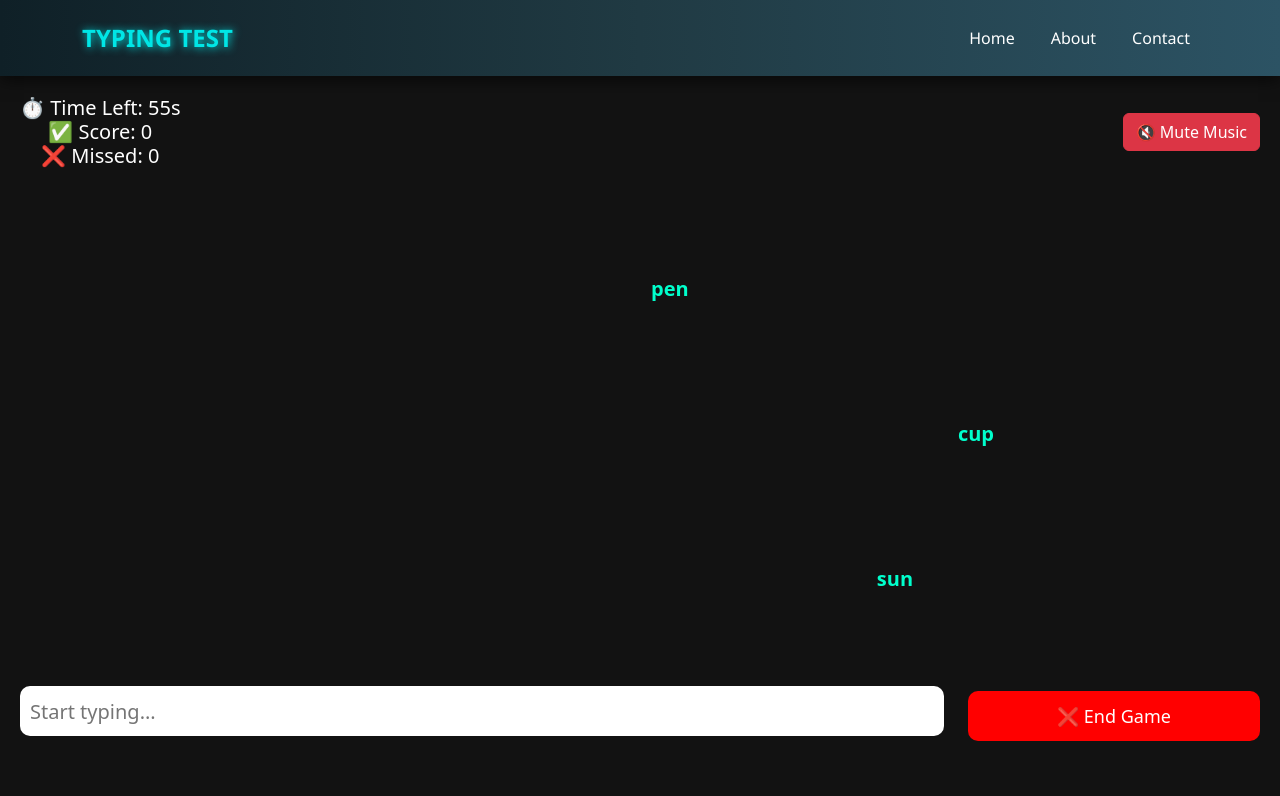
Repository: SHAHZADcodr/typing-test-react
Page: /game
These files come from the project's save history. The page is drawn as it stood at one moment and after the next save; the edit follows.
The browser window is 1280 px wide. The pictures show the whole page.
The project was rebuilt for these pictures with package versions that can differ from the ones it lists, and the page was loaded fresh each time. Also part of the build but not shown: src/customCss/Home.css, src/pages/Home.jsx, src/customCss/About.css, src/pages/About.jsx, src/customCss/Contact.css, src/pages/Contact.jsx, src/customCss/GameOver.css, src/pages/GameOver.jsx. Imported but missing from the stored project, and not drawn on this page: src/assets/background.mp3, src/assets/pop.mp3.

Above is the page before, as saved 2025-04-09 00:58:14.

### src/index.js
import React from 'react';
import "bootstrap/dist/css/bootstrap.min.css";
import ReactDOM from 'react-dom/client';
import './index.css';
import App from './App';
import { BrowserRouter } from 'react-router-dom';
import reportWebVitals from './reportWebVitals';

const root = ReactDOM.createRoot(document.getElementById('root'));
root.render(
  <React.StrictMode>
    <BrowserRouter>
      <App />
    </BrowserRouter>
  </React.StrictMode>
);

// If you want to start measuring performance in your app, pass a function
// to log results (for example: reportWebVitals(console.log))
// or send to an analytics endpoint. Learn more: https://bit.ly/CRA-vitals
reportWebVitals();

### src/index.css
body {
  margin: 0;
  background: linear-gradient(135deg, #0f2027,
  #203a43, #2c5364);
}

### src/App.js
import {Routes,Route} from "react-router-dom";
import './App.css';
//pages
import Home  from "./pages/Home";
import About from "./pages/About";
import Contact from "./pages/Contact";
import Game from "./pages/Game";
import GameOver from "./pages/GameOver";

//components
import Navigation from "./components/Navbar";

function App() {
  return (
    <>
    <Navigation/>
    <Routes>
      <Route path="/" element={<Home/>}/>
      <Route path="*" element={<Home/>}/>
      <Route path="/about" element={<About/>}/>
      <Route path="/contact" element={<Contact/>}/>
      <Route path="/game" element={<Game/>}/>
      <Route path="/gameOver" element={<GameOver/>}/>

    </Routes>
    </>

  );
}

export default App;

### src/App.css
.custom-navbar {
  background: linear-gradient(to right, #0f2027, #203a43, #2c5364) !important;
  padding: 15px 20px;
  box-shadow: 0 4px 15px rgba(0, 0, 0, 0.6);
  font-family: 'Segoe UI', Tahoma, Geneva, Verdana, sans-serif;
}

.custom-navbar .navbar-brand {
  color: #00e6e6 !important;
  font-weight: bold;
  font-size: 1.5rem;
  text-shadow: 1px 1px 8px #00e6e6;
}

.custom-navbar .nav-link {
  color: #ffffff !important;
  margin-left: 20px;
  transition: color 0.3s ease, transform 0.2s ease;
  font-weight: 500;
}

.custom-navbar .nav-link:hover {
  color: #00e6e6 !important;
  transform: scale(1.05);
  text-shadow: 0 0 5px #00e6e6;
}

.custom-navbar .navbar-toggler {
  background-color: #00e6e6;
}

### src/pages/Game.jsx
// Same imports
import React, { useEffect, useRef, useState } from 'react';
import { useLocation, useNavigate } from 'react-router-dom';
import { Container, Row, Col, Button, Toast } from 'react-bootstrap';
import '../customCss/Game.css';
import popSound from '../assets/pop.mp3';
import bgMusicFile from '../assets/background.mp3';

const wordBank = {
  easy: ['cat', 'dog', 'sun', 'pen', 'cup'],
  medium: ['apple', 'banana', 'pencil', 'camera', 'jungle'],
  hard: ['algorithm', 'symphony', 'hypothesis', 'university', 'revolution']
};

const Game = () => {
  const { state } = useLocation();
  const navigate = useNavigate();
  const { difficulty = 'easy', duration = 60 } = state || {};

  const [words, setWords] = useState([]);
  const [typed, setTyped] = useState('');
  const [timeLeft, setTimeLeft] = useState(duration);
  const [score, setScore] = useState(0);
  const [missed, setMissed] = useState(0);
  const [showToast, setShowToast] = useState(true);
  const [bgMusicPlaying, setBgMusicPlaying] = useState(true);

  const wordId = useRef(0);
  const pop = new Audio(popSound);
  const bgMusic = useRef(new Audio(bgMusicFile));
  const inputRef = useRef();

  useEffect(() => {
    inputRef.current.focus();

    if (bgMusicPlaying) {
      bgMusic.current.loop = true;
      bgMusic.current.play();
    }

    const timer = setInterval(() => {
      setTimeLeft((prev) => {
        if (prev <= 1) {
          clearInterval(timer);
          endGame();
        }
        return prev - 1;
      });
    }, 1000);
    return () => clearInterval(timer);
  }, []);

  useEffect(() => {
    const interval = setInterval(() => {
      const word = wordBank[difficulty][Math.floor(Math.random() * wordBank[difficulty].length)];
      const newWord = {
        id: wordId.current++,
        text: word,
        top: 0,
        left: Math.random() * 80 + 10,
        color: 'default'
      };
      setWords((prev) => [...prev, newWord]);
    }, 1500);
    return () => clearInterval(interval);
  }, [difficulty]);

  useEffect(() => {
    const falling = setInterval(() => {
      setWords((prevWords) => {
        const updated = prevWords.map((word) => ({ ...word, top: word.top + 2 }));
        const filtered = updated.filter((word) => {
          if (word.top >= 90) {
            setMissed((m) => m + 1);
            return false;
          }
          return true;
        });
        return filtered;
      });
    }, 100);
    return () => clearInterval(falling);
  }, []);

  const handleTyping = (e) => {
    const input = e.target.value;
    setTyped(input);

    if (input.endsWith(' ')) {
      const trimmedInput = input.trim();
      const found = words.find((w) => w.text === trimmedInput);

      if (found) {
        pop.play();
        setScore((s) => s + 1);
        highlightAndRemove(found.id, 'green');
      } else {
        const randomWord = words[0];
        if (randomWord) {
          highlightAndRemove(randomWord.id, 'red');
        }
      }

      setTyped('');
    }
  };

  const highlightAndRemove = (id, color) => {
    setWords((prev) =>
      prev.map((w) => (w.id === id ? { ...w, color } : w))
    );
    setTimeout(() => {
      setWords((prev) => prev.filter((w) => w.id !== id));
    }, 300);
  };

  const endGame = () => {
    bgMusic.current.pause();
    bgMusic.current.currentTime = 0;

    setTimeout(() => {
      const total = score + missed;
      const accuracy = total === 0 ? 0 : Math.round((score / total) * 100);
      const wpm = Math.round(score / (duration / 60));

      const result = { score, missed, accuracy, wpm, total };

      console.log('Saving result to localStorage:', result);
      localStorage.setItem('gameResult', JSON.stringify(result));

      navigate('/gameover');
    }, 100);
  };

  const toggleBgMusic = () => {
    if (bgMusicPlaying) {
      bgMusic.current.pause();
    } else {
      bgMusic.current.play();
    }
    setBgMusicPlaying(!bgMusicPlaying);
  };

  return (
    <Container fluid className="game-container">
      <Toast show={showToast} onClose={() => setShowToast(false)} delay={3000} autohide>
        <Toast.Header>
          <strong className="me-auto">Game Tip</strong>
        </Toast.Header>
        <Toast.Body>You have to press space after typing every word!</Toast.Body>
      </Toast>

      <div className="top-bar d-flex justify-content-between">
        <div>
          <h5>⏱ Time Left: {timeLeft}s</h5>
          <h5>✅ Score: {score}</h5>
          <h5>❌ Missed: {missed}</h5>
        </div>
        <Button variant={bgMusicPlaying ? 'danger' : 'success'} onClick={toggleBgMusic}>
          {bgMusicPlaying ? '🔇 Mute Music' : '🔊 Play Music'}
        </Button>
      </div>

      <div className="falling-area">
        {words.map((word) => (
          <div
            key={word.id}
            className={`falling-word ${word.color}`}
            style={{ top: `${word.top}%`, left: `${word.left}%` }}
          >
            {word.text}
          </div>
        ))}
      </div>

      <Row className="mt-3 align-items-center bottom-controls">
        <Col xs={9}>
          <input
            type="text"
            className="typing-input"
            value={typed}
            onChange={handleTyping}
            ref={inputRef}
            placeholder="Start typing..."
          />
        </Col>
        <Col xs={3}>
          <Button onClick={endGame} className="end-game-button">
            ❌ End Game
          </Button>
        </Col>
      </Row>
    </Container>
  );
};

export default Game;

### src/components/Navbar.jsx
import React from 'react';
import { Navbar, Nav, Container } from 'react-bootstrap';
import { Link } from 'react-router-dom';
import '../App.css'; // Make sure this path is correct

const Navigation = () => {
  return (
    <Navbar expand="lg" className="custom-navbar" variant="dark">
      <Container>
        <Navbar.Brand as={Link} to="/">TYPING TEST</Navbar.Brand>
        <Navbar.Toggle aria-controls="basic-navbar-nav" />
        <Navbar.Collapse id="basic-navbar-nav">
          <Nav className="ms-auto">
            <Nav.Link as={Link} to="/">Home</Nav.Link>
            <Nav.Link as={Link} to="/about">About</Nav.Link>
            <Nav.Link as={Link} to="/contact">Contact</Nav.Link>
          </Nav>
        </Navbar.Collapse>
      </Container>
    </Navbar>
  );
};

export default Navigation;

### src/customCss/Game.css
.game-container {
  height: 100vh;
  background: #121212;
  color: white;
  padding: 20px;
  display: flex;
  flex-direction: column;
  justify-content: space-between;
  overflow: hidden;
}

.top-bar {
  display: flex;
  justify-content: space-between;
  align-items: center;
  flex-wrap: wrap;
  margin-bottom: 10px;
  font-size: 18px;
  gap: 10px;
}

.top-bar h5 {
  margin: 0;
  flex: 1;
  text-align: center;
}

.music-toggle-button {
  background-color: #1f1f1f;
  color: #00ffcc;
  border: 2px solid #00ffcc;
  border-radius: 10px;
  padding: 8px 16px;
  font-size: 16px;
  transition: all 0.3s ease;
}

.music-toggle-button:hover {
  background-color: #00ffcc;
  color: #121212;
}

.falling-area {
  flex: 1;
  position: relative;
  width: 100%;
  overflow: hidden;
  margin-bottom: 10px;
}

.falling-word {
  position: absolute;
  font-size: 20px;
  font-weight: bold;
  color: #00ffcc;
  transition: top 0.1s linear;
}

.falling-word.green {
  color: #00ff00;
}

.falling-word.red {
  color: #ff4d4d;
}

.typing-input {
  width: 100%;
  padding: 10px;
  font-size: 20px;
  border-radius: 10px;
  border: none;
  outline: none;
  height: 50px;
  margin-bottom: 10px;
}

.end-game-button {
  width: 100%;
  height: 50px;
  font-size: 18px;
  background-color: red;
  color: white;
  border: none;
  border-radius: 10px;
  transition: background-color 0.3s ease;
}

.end-game-button:hover {
  background-color: darkred;
}

.bottom-controls {
  margin-bottom: 30px;
}

Loaded but not shown: public/index.html (common file); src/reportWebVitals.js (common file)

After the next save:
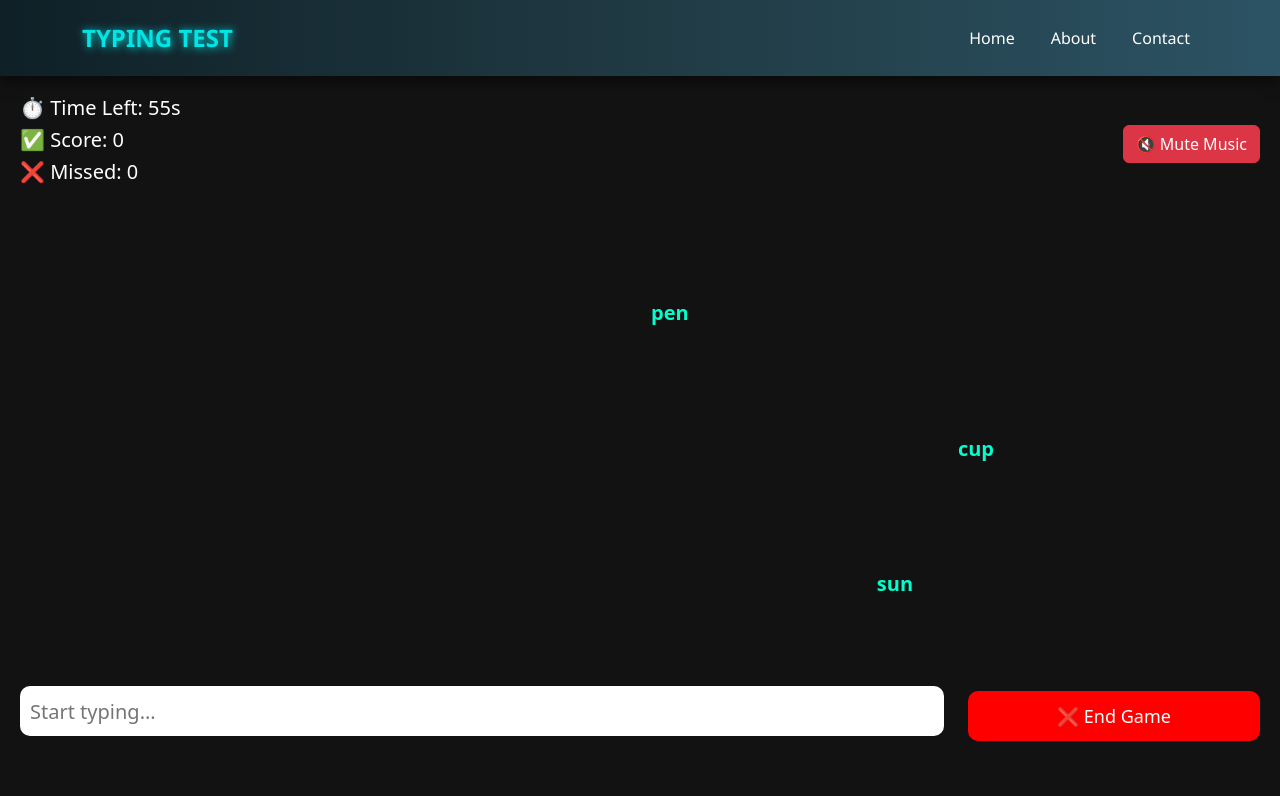
Saved 2 min 43 s later.
--- a/src/customCss/Game.css
+++ b/src/customCss/Game.css
@@ -9,22 +9,23 @@
   overflow: hidden;
 }
 
+/* Top bar aligned horizontally */
 .top-bar {
   display: flex;
   justify-content: space-between;
   align-items: center;
   flex-wrap: wrap;
-  margin-bottom: 10px;
-  font-size: 18px;
   gap: 10px;
+  margin-bottom: 15px;
 }
 
-.top-bar h5 {
-  margin: 0;
+.top-item {
   flex: 1;
   text-align: center;
+  font-size: 18px;
 }
 
+/* Style for audio button */
 .music-toggle-button {
   background-color: #1f1f1f;
   color: #00ffcc;
@@ -40,6 +41,23 @@
   color: #121212;
 }
 
+/* Toast styling for center display */
+.toast-message {
+  position: fixed;
+  top: 50%;
+  left: 50%;
+  transform: translate(-50%, -50%);
+  background-color: rgba(255, 255, 255, 0.95);
+  color: #121212;
+  padding: 20px 30px;
+  border-radius: 10px;
+  font-size: 18px;
+  font-weight: bold;
+  z-index: 9999;
+  box-shadow: 0 0 10px rgba(0, 255, 204, 0.7);
+}
+
+/* Falling words area */
 .falling-area {
   flex: 1;
   position: relative;
